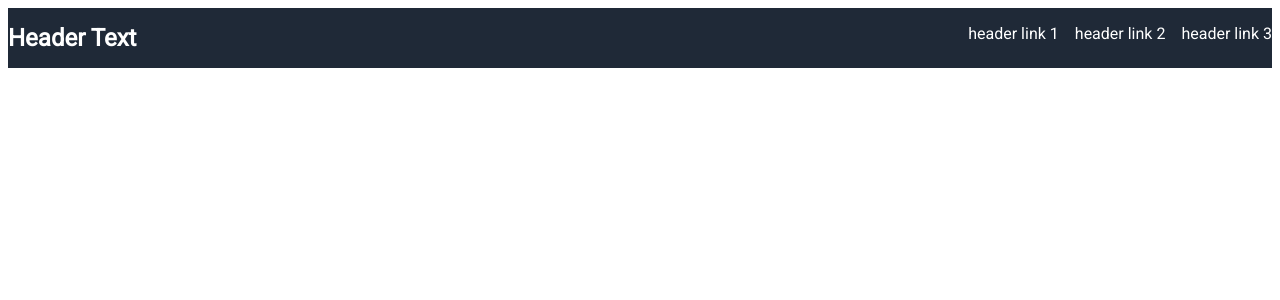
Repository: aaronestre/odin-landingpage
Page: index.html
The author's editor kept a copy of each file at every save. The page is drawn from the files as they stood at one save, then again after the next save.
The browser window is 1280 px wide. The pictures show the whole page.

Above is the page before, as saved 2025-02-12 19:48:36.

After the next save:
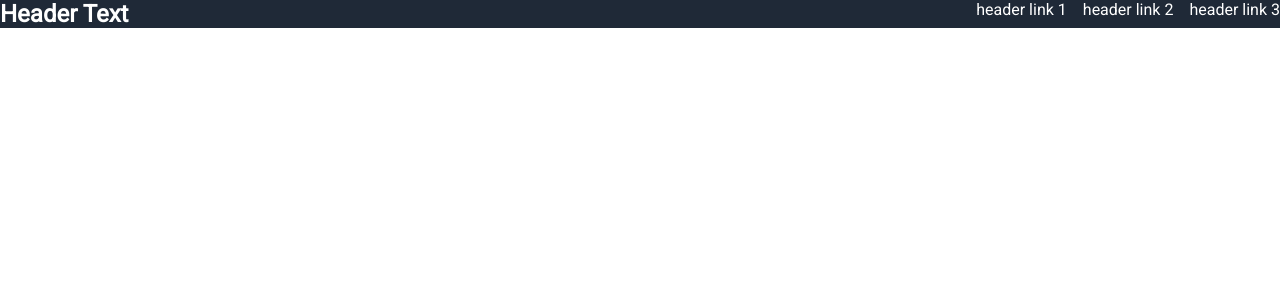
Saved 84 s later.
--- a/index.css
+++ b/index.css
@@ -1,3 +1,9 @@
+* {
+    margin: 0;
+    padding: 0;
+    box-sizing: border-box;
+}
+
 .header {
     background-color: #1f2937;
     margin: 0px;
